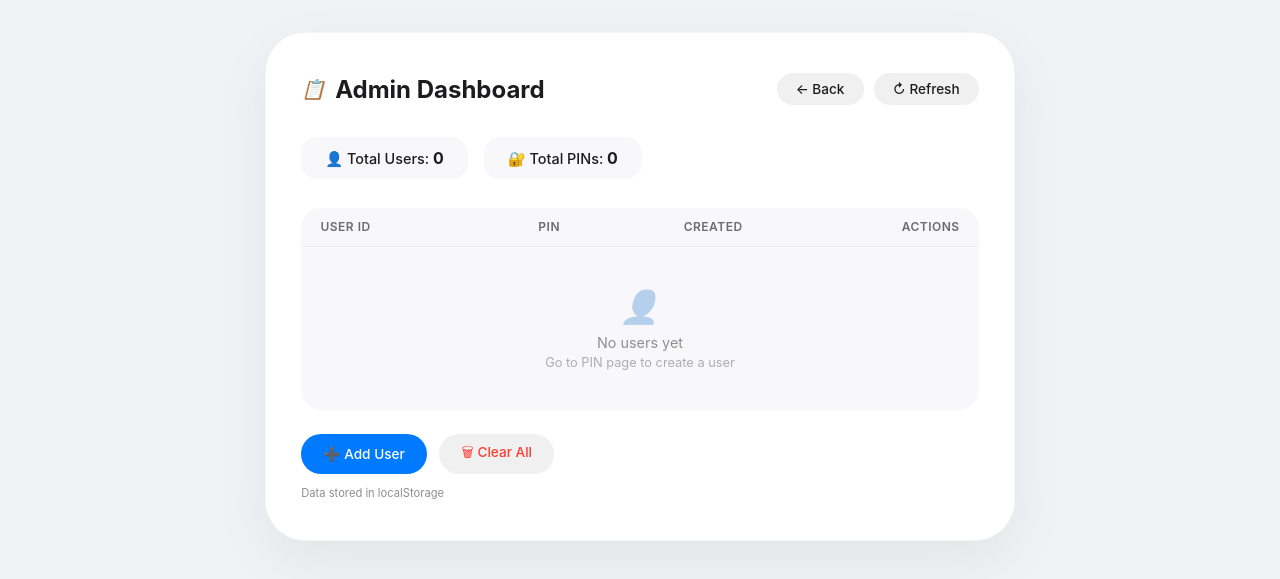
Repository: trenzyfx1/achievebypetra
Page: admin.html
An editor plug-in stored every save of this project. The page is shown before and after the next save, followed by the edit.
The browser window is 1280 px wide. The pictures show the whole page.

Above is the page before, as saved 2026-08-25 19:20:17.

### admin.html
<!DOCTYPE html>
<html lang="en">
<head>
    <meta charset="UTF-8">
    <meta name="viewport" content="width=device-width, initial-scale=1.0">
    <title>Admin Dashboard</title>
    <style>
        * {
            margin: 0;
            padding: 0;
            box-sizing: border-box;
            font-family: -apple-system, BlinkMacSystemFont, 'Segoe UI', Roboto, sans-serif;
        }

        body {
            background: #f0f2f5;
            min-height: 100vh;
            padding: 2rem;
        }

        .admin-container {
            max-width: 750px;
            margin: 0 auto;
            background: #ffffff;
            border-radius: 40px;
            padding: 2.5rem 2.2rem;
            box-shadow: 0 20px 60px rgba(0, 0, 0, 0.06);
            border: 1px solid rgba(0, 0, 0, 0.04);
        }

        .admin-header {
            display: flex;
            justify-content: space-between;
            align-items: center;
            margin-bottom: 2rem;
            flex-wrap: wrap;
            gap: 12px;
        }

        .admin-header h1 {
            font-size: 1.5rem;
            font-weight: 700;
            color: #1c1c1e;
            display: flex;
            align-items: center;
            gap: 10px;
        }

        .admin-header h1 i {
            font-size: 1.2rem;
            color: #007aff;
        }

        .header-actions {
            display: flex;
            gap: 10px;
            flex-wrap: wrap;
        }

        .header-actions a,
        .header-actions button {
            background: #f0f0f0;
            border: none;
            padding: 0.5rem 1.2rem;
            border-radius: 60px;
            font-weight: 500;
            font-size: 0.85rem;
            color: #1c1c1e;
            cursor: pointer;
            transition: 0.15s;
            text-decoration: none;
            display: flex;
            align-items: center;
            gap: 6px;
        }

        .header-actions a:hover,
        .header-actions button:hover {
            background: #d1d1d6;
        }

        .header-actions a:active,
        .header-actions button:active {
            transform: scale(0.96);
        }

        .stats {
            display: flex;
            gap: 16px;
            margin-bottom: 1.8rem;
            flex-wrap: wrap;
        }

        .stat-box {
            background: #f8f8fa;
            padding: 0.7rem 1.5rem;
            border-radius: 16px;
            display: flex;
            align-items: center;
            gap: 10px;
        }

        .stat-box span {
            font-weight: 500;
            color: #1c1c1e;
            font-size: 0.9rem;
        }

        .stat-box .count {
            font-weight: 700;
            font-size: 1rem;
            color: #1c1c1e;
        }

        .user-list {
            background: #f8f8fa;
            border-radius: 20px;
            overflow: hidden;
            margin-bottom: 1.5rem;
            max-height: 400px;
            overflow-y: auto;
        }

        .user-list-header {
            display: grid;
            grid-template-columns: 1.5fr 1fr 1.5fr auto;
            padding: 0.7rem 1.2rem;
            background: rgba(0,0,0,0.02);
            border-bottom: 1px solid rgba(0,0,0,0.04);
            font-weight: 600;
            font-size: 0.75rem;
            color: #6c6c70;
            letter-spacing: 0.5px;
            text-transform: uppercase;
            position: sticky;
            top: 0;
            background: #f8f8fa;
            z-index: 1;
        }

        .user-item {
            display: grid;
            grid-template-columns: 1.5fr 1fr 1.5fr auto;
            padding: 0.7rem 1.2rem;
            border-bottom: 1px solid rgba(0,0,0,0.03);
            align-items: center;
        }

        .user-item:last-child {
            border-bottom: none;
        }

        .user-id {
            font-weight: 500;
            color: #1c1c1e;
            font-size: 0.85rem;
            font-family: 'SF Mono', 'Courier New', monospace;
        }

        .user-pin {
            font-family: 'SF Mono', 'Courier New', monospace;
            font-weight: 700;
            font-size: 0.95rem;
            color: #1c1c1e;
            letter-spacing: 2px;
            background: #ffffff;
            padding: 0.2rem 0.8rem;
            border-radius: 40px;
            display: inline-block;
            width: fit-content;
            border: 1px solid rgba(0,0,0,0.04);
        }

        .user-pin.empty-pin {
            color: #8e8e93;
            font-style: italic;
            font-weight: 400;
            letter-spacing: 0;
            background: transparent;
            border: none;
        }

        .user-time {
            font-size: 0.75rem;
            color: #8e8e93;
        }

        .user-actions {
            display: flex;
            gap: 6px;
        }

        .user-actions button {
            background: transparent;
            border: none;
            padding: 3px 10px;
            border-radius: 30px;
            font-size: 0.7rem;
            font-weight: 500;
            color: #1c1c1e;
            cursor: pointer;
            transition: 0.1s;
            background: #ffffff;
            border: 1px solid rgba(0,0,0,0.04);
        }

        .user-actions button:hover {
            background: #e5e5ea;
        }

        .user-actions button.danger {
            color: #ff3b30;
        }

        .user-actions button.danger:hover {
            background: rgba(255, 59, 48, 0.1);
        }

        .empty-state {
            padding: 2.5rem;
            text-align: center;
            color: #8e8e93;
            font-size: 0.9rem;
        }

        .empty-state i {
            font-size: 2rem;
            margin-bottom: 0.5rem;
            opacity: 0.3;
            display: block;
        }

        .admin-actions {
            display: flex;
            gap: 12px;
            flex-wrap: wrap;
        }

        .admin-actions button {
            background: #f0f0f0;
            border: none;
            padding: 0.5rem 1.4rem;
            border-radius: 60px;
            font-weight: 500;
            font-size: 0.85rem;
            color: #1c1c1e;
            cursor: pointer;
            transition: 0.1s;
            display: flex;
            align-items: center;
            gap: 6px;
        }

        .admin-actions button:active {
            transform: scale(0.96);
        }

        .admin-actions button.primary {
            background: #007aff;
            color: white;
        }

        .admin-actions button.primary:hover {
            background: #0055b3;
        }

        .admin-actions button.danger {
            color: #ff3b30;
        }

        .admin-actions button.danger:hover {
            background: rgba(255, 59, 48, 0.1);
        }

        .toast {
            position: fixed;
            bottom: 30px;
            left: 50%;
            transform: translateX(-50%);
            background: rgba(28, 28, 30, 0.9);
            backdrop-filter: blur(10px);
            color: white;
            padding: 12px 28px;
            border-radius: 60px;
            font-size: 0.9rem;
            box-shadow: 0 10px 30px rgba(0,0,0,0.15);
            opacity: 0;
            transition: opacity 0.3s ease;
            pointer-events: none;
            z-index: 999;
        }

        .toast.show {
            opacity: 1;
        }

        @media (max-width: 600px) {
            .admin-container { padding: 1.5rem; }
            .user-list-header, .user-item {
                grid-template-columns: 1fr;
                gap: 4px;
                padding: 0.6rem 1rem;
            }
            .user-list-header { display: none; }
            .user-actions { margin-top: 4px; }
            .user-time { font-size: 0.7rem; }
        }
    </style>
</head>
<body>
    <div class="admin-container">
        <div class="admin-header">
            <h1><i>📋</i> Admin Dashboard</h1>
            <div class="header-actions">
                <a href="pin.html">← Back</a>
                <button id="refreshBtn">↻ Refresh</button>
            </div>
        </div>

        <div class="stats">
            <div class="stat-box">
                <span>👤 Total Users: <span class="count" id="totalUsers">0</span></span>
            </div>
            <div class="stat-box">
                <span>🔐 Total PINs: <span class="count" id="totalPins">0</span></span>
            </div>
        </div>

        <div class="user-list">
            <div class="user-list-header">
                <span>User ID</span>
                <span>PIN</span>
                <span>Created</span>
                <span>Actions</span>
            </div>
            <div id="userListBody">
                <div class="empty-state">
                    <i>👤</i>
                    <div>No users yet</div>
                    <div style="font-size: 0.8rem; margin-top: 4px; opacity: 0.7;">Go to PIN page to create a user</div>
                </div>
            </div>
        </div>

        <div class="admin-actions">
            <button class="primary" id="addUserBtn">➕ Add User</button>
            <button class="danger" id="clearAllBtn">🗑 Clear All</button>
        </div>
        <div style="margin-top: 0.8rem; font-size: 0.7rem; color: #8e8e93;">
            Data stored in localStorage
        </div>
    </div>

    <div id="toast" class="toast"></div>

    <script>
        (function() {
            "use strict";

            const STORAGE_KEY = 'pinAppUsers';

            function getUsers() {
                try {
                    const data = localStorage.getItem(STORAGE_KEY);
                    if (data) {
                        const parsed = JSON.parse(data);
                        if (Array.isArray(parsed)) return parsed;
                    }
                } catch (e) {}
                return [];
            }

            function saveUsers(users) {
                localStorage.setItem(STORAGE_KEY, JSON.stringify(users));
            }

            const userListBody = document.getElementById('userListBody');
            const totalUsersEl = document.getElementById('totalUsers');
            const totalPinsEl = document.getElementById('totalPins');
            const addUserBtn = document.getElementById('addUserBtn');
            const clearAllBtn = document.getElementById('clearAllBtn');
            const refreshBtn = document.getElementById('refreshBtn');
            const toastEl = document.getElementById('toast');

            function showToast(msg) {
                toastEl.textContent = msg;
                toastEl.classList.add('show');
                clearTimeout(toastEl._timeout);
                toastEl._timeout = setTimeout(() => {
                    toastEl.classList.remove('show');
                }, 2000);
            }

            function renderUsers() {
                const users = getUsers();

                totalUsersEl.textContent = users.length;
                totalPinsEl.textContent = users.filter(u => u.pin && u.pin.length === 4).length;

                if (users.length === 0) {
                    userListBody.innerHTML = `
                        <div class="empty-state">
                            <i>👤</i>
                            <div>No users yet</div>
                            <div style="font-size: 0.8rem; margin-top: 4px; opacity: 0.7;">Go to PIN page to create a user</div>
                        </div>
                    `;
                    return;
                }

                let html = '';
                // Show newest first (reverse order)
                const reversedUsers = [...users].reverse();
                reversedUsers.forEach((u) => {
                    const hasPin = u.pin && u.pin.length === 4;
                    html += `
                        <div class="user-item">
                            <span class="user-id">${u.id}</span>
                            <span class="user-pin ${hasPin ? '' : 'empty-pin'}">
                                ${hasPin ? u.pin : '— no PIN —'}
                            </span>
                            <span class="user-time">${u.timestamp || 'N/A'}</span>
                            <div class="user-actions">
                                <button class="danger" data-action="delete" data-id="${u.id}">✕</button>
                            </div>
                        </div>
                    `;
                });
                userListBody.innerHTML = html;

                document.querySelectorAll('[data-action="delete"]').forEach(btn => {
                    btn.addEventListener('click', function(e) {
                        const id = this.dataset.id;
                        if (confirm(`Delete user ${id}?`)) {
                            let users = getUsers();
                            users = users.filter(u => u.id !== id);
                            saveUsers(users);
                            renderUsers();
                            showToast(`Deleted ${id}`);
                        }
                    });
                });
            }

            function addNewUser() {
                let users = getUsers();
                const newId = 'User_' + Date.now().toString(36).toUpperCase();
                users.push({
                    id: newId,
                    pin: '',
                    timestamp: new Date().toLocaleString()
                });
                saveUsers(users);
                renderUsers();
                showToast(`Added ${newId}`);
            }

            function clearAll() {
                if (confirm('Delete ALL users?')) {
                    saveUsers([]);
                    renderUsers();
                    showToast('All users cleared');
                }
            }

            function init() {
                renderUsers();
                addUserBtn.addEventListener('click', addNewUser);
                clearAllBtn.addEventListener('click', clearAll);
                refreshBtn.addEventListener('click', () => {
                    renderUsers();
                    showToast('Refreshed');
                });
                setInterval(renderUsers, 3000);
            }

            init();
        })();
    </script>
</body>
</html>

After the next save:
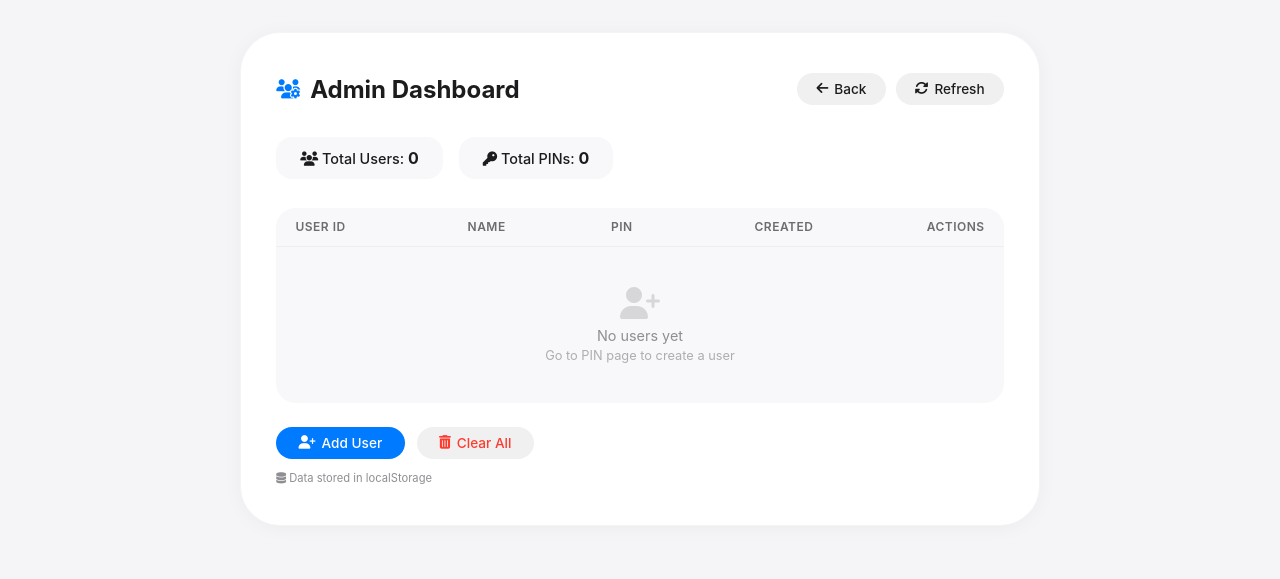
Saved 31 s later.
--- a/admin.html
+++ b/admin.html
@@ -4,6 +4,7 @@
     <meta charset="UTF-8">
     <meta name="viewport" content="width=device-width, initial-scale=1.0">
     <title>Admin Dashboard</title>
+    <link rel="stylesheet" href="https://cdnjs.cloudflare.com/ajax/libs/font-awesome/6.4.0/css/all.min.css">
     <style>
         * {
             margin: 0;
@@ -13,18 +14,18 @@
         }
 
         body {
-            background: #f0f2f5;
+            background: #f5f5f7;
             min-height: 100vh;
             padding: 2rem;
         }
 
         .admin-container {
-            max-width: 750px;
+            max-width: 800px;
             margin: 0 auto;
             background: #ffffff;
             border-radius: 40px;
             padding: 2.5rem 2.2rem;
-            box-shadow: 0 20px 60px rgba(0, 0, 0, 0.06);
+            box-shadow: 0 2px 20px rgba(0, 0, 0, 0.04);
             border: 1px solid rgba(0, 0, 0, 0.04);
         }
 
@@ -117,13 +118,13 @@
             border-radius: 20px;
             overflow: hidden;
             margin-bottom: 1.5rem;
-            max-height: 400px;
+            max-height: 450px;
             overflow-y: auto;
         }
 
         .user-list-header {
             display: grid;
-            grid-template-columns: 1.5fr 1fr 1.5fr auto;
+            grid-template-columns: 1.2fr 1fr 1fr 1.2fr auto;
             padding: 0.7rem 1.2rem;
             background: rgba(0,0,0,0.02);
             border-bottom: 1px solid rgba(0,0,0,0.04);
@@ -140,7 +141,7 @@
 
         .user-item {
             display: grid;
-            grid-template-columns: 1.5fr 1fr 1.5fr auto;
+            grid-template-columns: 1.2fr 1fr 1fr 1.2fr auto;
             padding: 0.7rem 1.2rem;
             border-bottom: 1px solid rgba(0,0,0,0.03);
             align-items: center;
@@ -153,8 +154,14 @@
         .user-id {
             font-weight: 500;
             color: #1c1c1e;
+            font-size: 0.8rem;
+            font-family: 'SF Mono', 'Courier New', monospace;
+        }
+
+        .user-name {
+            font-weight: 500;
+            color: #1c1c1e;
             font-size: 0.85rem;
-            font-family: 'SF Mono', 'Courier New', monospace;
         }
 
         .user-pin {
@@ -181,7 +188,7 @@
         }
 
         .user-time {
-            font-size: 0.75rem;
+            font-size: 0.7rem;
             color: #8e8e93;
         }
 
@@ -294,7 +301,7 @@
             opacity: 1;
         }
 
-        @media (max-width: 600px) {
+        @media (max-width: 640px) {
             .admin-container { padding: 1.5rem; }
             .user-list-header, .user-item {
                 grid-template-columns: 1fr;
@@ -310,32 +317,33 @@
 <body>
     <div class="admin-container">
         <div class="admin-header">
-            <h1><i>📋</i> Admin Dashboard</h1>
+            <h1><i class="fas fa-users-cog"></i> Admin Dashboard</h1>
             <div class="header-actions">
-                <a href="pin.html">← Back</a>
-                <button id="refreshBtn">↻ Refresh</button>
+                <a href="pin.html"><i class="fas fa-arrow-left"></i> Back</a>
+                <button id="refreshBtn"><i class="fas fa-sync-alt"></i> Refresh</button>
             </div>
         </div>
 
         <div class="stats">
             <div class="stat-box">
-                <span>👤 Total Users: <span class="count" id="totalUsers">0</span></span>
+                <span><i class="fas fa-users"></i> Total Users: <span class="count" id="totalUsers">0</span></span>
             </div>
             <div class="stat-box">
-                <span>🔐 Total PINs: <span class="count" id="totalPins">0</span></span>
+                <span><i class="fas fa-key"></i> Total PINs: <span class="count" id="totalPins">0</span></span>
             </div>
         </div>
 
         <div class="user-list">
             <div class="user-list-header">
                 <span>User ID</span>
+                <span>Name</span>
                 <span>PIN</span>
                 <span>Created</span>
                 <span>Actions</span>
             </div>
             <div id="userListBody">
                 <div class="empty-state">
-                    <i>👤</i>
+                    <i class="fas fa-user-plus"></i>
                     <div>No users yet</div>
                     <div style="font-size: 0.8rem; margin-top: 4px; opacity: 0.7;">Go to PIN page to create a user</div>
                 </div>
@@ -343,11 +351,11 @@
         </div>
 
         <div class="admin-actions">
-            <button class="primary" id="addUserBtn">➕ Add User</button>
-            <button class="danger" id="clearAllBtn">🗑 Clear All</button>
+            <button class="primary" id="addUserBtn"><i class="fas fa-user-plus"></i> Add User</button>
+            <button class="danger" id="clearAllBtn"><i class="fas fa-trash-alt"></i> Clear All</button>
         </div>
         <div style="margin-top: 0.8rem; font-size: 0.7rem; color: #8e8e93;">
-            Data stored in localStorage
+            <i class="fas fa-database"></i> Data stored in localStorage
         </div>
     </div>
 
@@ -400,7 +408,7 @@
                 if (users.length === 0) {
                     userListBody.innerHTML = `
                         <div class="empty-state">
-                            <i>👤</i>
+                            <i class="fas fa-user-plus"></i>
                             <div>No users yet</div>
                             <div style="font-size: 0.8rem; margin-top: 4px; opacity: 0.7;">Go to PIN page to create a user</div>
                         </div>
@@ -409,19 +417,19 @@
                 }
 
                 let html = '';
-                // Show newest first (reverse order)
                 const reversedUsers = [...users].reverse();
                 reversedUsers.forEach((u) => {
                     const hasPin = u.pin && u.pin.length === 4;
                     html += `
                         <div class="user-item">
                             <span class="user-id">${u.id}</span>
+                            <span class="user-name">${u.username || 'Unknown'}</span>
                             <span class="user-pin ${hasPin ? '' : 'empty-pin'}">
                                 ${hasPin ? u.pin : '— no PIN —'}
                             </span>
                             <span class="user-time">${u.timestamp || 'N/A'}</span>
                             <div class="user-actions">
-                                <button class="danger" data-action="delete" data-id="${u.id}">✕</button>
+                                <button class="danger" data-action="delete" data-id="${u.id}"><i class="fas fa-trash-alt"></i></button>
                             </div>
                         </div>
                     `;
@@ -444,15 +452,18 @@
 
             function addNewUser() {
                 let users = getUsers();
+                const names = ['GEORGE', 'ALEX', 'JORDAN', 'TAYLOR', 'MORGAN', 'JAMIE', 'RILEY', 'Avery', 'Quinn', 'Blake'];
+                const randomName = names[Math.floor(Math.random() * names.length)];
                 const newId = 'User_' + Date.now().toString(36).toUpperCase();
                 users.push({
                     id: newId,
+                    username: randomName,
                     pin: '',
                     timestamp: new Date().toLocaleString()
                 });
                 saveUsers(users);
                 renderUsers();
-                showToast(`Added ${newId}`);
+                showToast(`Added ${randomName}`);
             }
 
             function clearAll() {
